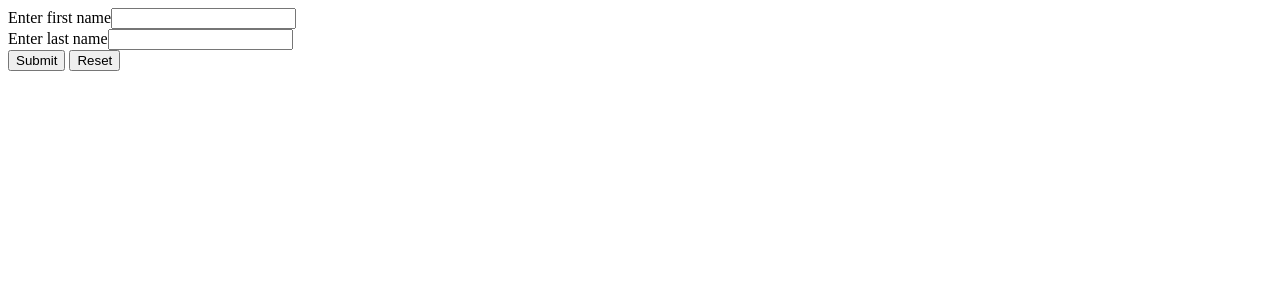
Repository: Bindu2296/allProjects
Page: FormsUsingServlets/WebContent/login.html
The author's editor kept a copy of each file at every save. The page is drawn from the files as they stood at one save, then again after the next save.
The browser window is 1280 px wide. The pictures show the whole page.

Above is the page before, as saved 2019-03-25 11:37:55.

### FormsUsingServlets/WebContent/login.html
<!DOCTYPE html>
<html>
<head>
<meta charset="ISO-8859-1">
<title>Insert title here</title>
</head>
<body>
<form action="login">
<label>Enter first name</label><input name="firstname" type="text"/><br>
<label>Enter last name</label><input name="lastname" type="text"/><br>
<input type="submit"/>
<input type="reset"/>
</body>
</html>

After the next save:
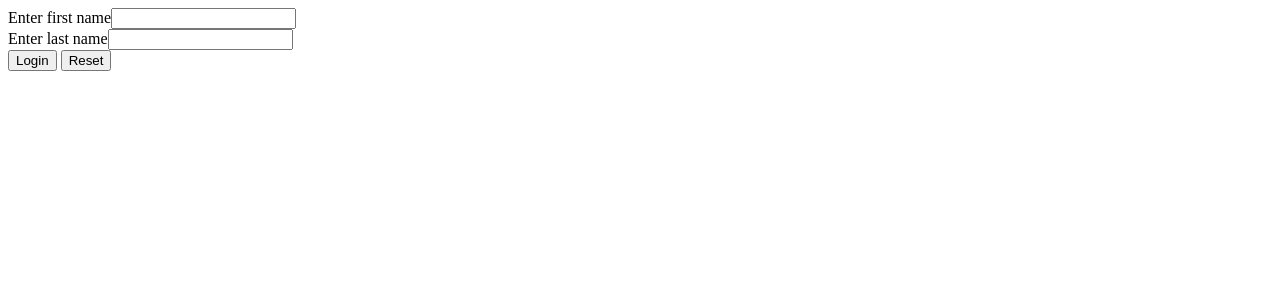
Saved 2 min 6 s later.
--- a/FormsUsingServlets/WebContent/login.html
+++ b/FormsUsingServlets/WebContent/login.html
@@ -8,7 +8,7 @@
 <form action="login">
 <label>Enter first name</label><input name="firstname" type="text"/><br>
 <label>Enter last name</label><input name="lastname" type="text"/><br>
-<input type="submit"/>
-<input type="reset"/>
+<button type="submit">Login</button>
+<button type="reset">Reset</button>
 </body>
 </html>
